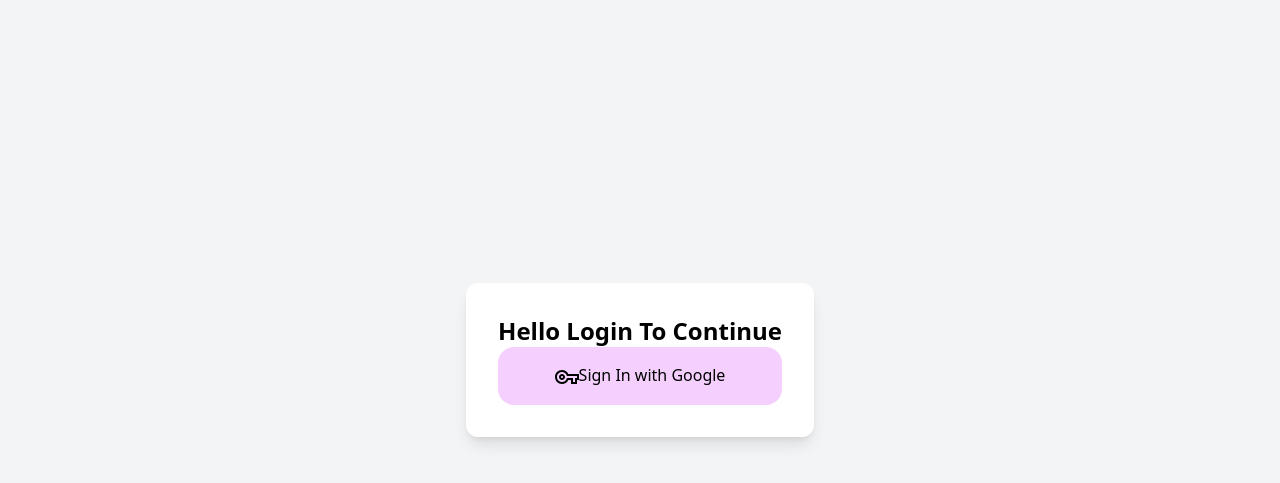
Repository: theanmol-raj/GoogleKeepCloneTutorial
Page: /
The author's editor kept a copy of each file at every save. The page is drawn from the files as they stood at one save, then again after the next save.
The browser window is 1280 px wide. The pictures show the whole page.
The project was rebuilt for these pictures with package versions that can differ from the ones it lists, and the page was loaded fresh each time. Also part of the build but not shown: src/Components/Navbar.jsx, src/Screens/Homescreen.jsx.

Above is the page before, as saved 2022-08-31 15:41:29.

### public/index.html
<!DOCTYPE html>
<html lang="en">
  <head>
    <meta charset="utf-8" />
    <link rel="icon" href="%PUBLIC_URL%/favicon.ico" />
    <meta name="viewport" content="width=device-width, initial-scale=1" />
    <meta name="theme-color" content="#000000" />
    <meta
      name="description"
      content="Web site created using create-react-app"
    />
    <link rel="apple-touch-icon" href="%PUBLIC_URL%/logo192.png" />
    <!--
      manifest.json provides metadata used when your web app is installed on a
      user's mobile device or desktop. See https://developers.google.com/web/fundamentals/web-app-manifest/
    -->

    <!--
      Notice the use of %PUBLIC_URL% in the tags above.
      It will be replaced with the URL of the `public` folder during the build.
      Only files inside the `public` folder can be referenced from the HTML.

      Unlike "/favicon.ico" or "favicon.ico", "%PUBLIC_URL%/favicon.ico" will
      work correctly both with client-side routing and a non-root public URL.
      Learn how to configure a non-root public URL by running `npm run build`.
    -->
    <title>Google Keep Clone</title>
  </head>
  <body>
    <noscript>You need to enable JavaScript to run this app.</noscript>
    <div id="root"></div>
    <!--
      This HTML file is a template.
      If you open it directly in the browser, you will see an empty page.

      You can add webfonts, meta tags, or analytics to this file.
      The build step will place the bundled scripts into the <body> tag.

      To begin the development, run `npm start` or `yarn start`.
      To create a production bundle, use `npm run build` or `yarn build`.
    -->
  </body>
</html>

### src/index.js
import React from 'react';
import ReactDOM from 'react-dom/client';
import './index.css';
import App from './App';
import { BrowserRouter } from "react-router-dom";

const root = ReactDOM.createRoot(document.getElementById('root'));
root.render(
  <React.StrictMode>
    <BrowserRouter>
      <App />
    </BrowserRouter>
  </React.StrictMode>
);

### src/App.js
import Homescreen from "./Screens/Homescreen";
import { Routes, Route, Link } from "react-router-dom";
import { useState } from "react";
import { getAuth, signInWithPopup ,GoogleAuthProvider ,signOut } from "firebase/auth";
import app from './Firebase';
import LoginScreen from "./Screens/LoginScreen";


function App() {
  const auth = getAuth(app);
  const provider = new GoogleAuthProvider();
  const [user , Setuser] = useState(() => auth.currentUser);

  function SignIn(){
    signInWithPopup(auth, provider)
  .then((result) => {
    const u = result.user;
    Setuser(u);
  }).catch((error) => {
    console.log("error");
    Setuser(null);
  });
  }


  function SignOut(){
    signOut(auth).then(() => {
      Setuser(null);
    }).catch((error) => {
      // An error happened.
    });
  }

  return (
    <div className="App">
      <Routes>
        <Route path="/" element={user ? <Homescreen SO={SignOut} /> : <LoginScreen />} />
        <Route path="about" element={<h1>Hello About</h1>} />
      </Routes>

    </div>
  );
}

export default App;

### src/Firebase.js
// Import the functions you need from the SDKs you need
import { initializeApp } from "firebase/app";
// TODO: Add SDKs for Firebase products that you want to use
// https://firebase.google.com/docs/web/setup#available-libraries

// Your web app's Firebase configuration
const firebaseConfig = {
  apiKey: "AIzaSyB8YQJpBa67Fj90Uu-OgRLf18L3vLaKO0A",
  authDomain: "gogglekeep-27095.firebaseapp.com",
  projectId: "gogglekeep-27095",
  storageBucket: "gogglekeep-27095.appspot.com",
  messagingSenderId: "943781726856",
  appId: "1:943781726856:web:64849a8acbc84ad18bed3d"
};

// Initialize Firebase
const app = initializeApp(firebaseConfig);
export default app;

### src/Screens/LoginScreen.jsx
import React from 'react'
import VpnKeyOutlinedIcon from '@mui/icons-material/VpnKeyOutlined';

function LoginScreen() {
  return (
    <div className=' h-screen  w-screen flex justify-center items-center bg-gray-100'>
        <div className=' bg-white p-8 border- rounded-xl shadow-lg'>
            <h1 className=' text-2xl font-bold text-center'>Hello Login To Continue</h1>
            <button className=' w-full bg-fuchsia-200 rounded-2xl hover:bg-fuchsia-200 p-4 '> <VpnKeyOutlinedIcon />Sign In with Google</button>
        </div>

    </div>
  )
}

export default LoginScreen

### src/Components/Sidebar.jsx
import React from 'react'
import LightbulbOutlinedIcon from '@mui/icons-material/LightbulbOutlined';
import NotificationsActiveOutlinedIcon from '@mui/icons-material/NotificationsActiveOutlined';
import BookmarkBorderOutlinedIcon from '@mui/icons-material/BookmarkBorderOutlined';
import CreateOutlinedIcon from '@mui/icons-material/CreateOutlined';
import SaveAltOutlinedIcon from '@mui/icons-material/SaveAltOutlined';
import DeleteOutlineOutlinedIcon from '@mui/icons-material/DeleteOutlineOutlined';

const array = [{text: "Notes" , icon : <LightbulbOutlinedIcon />},
{text: "Remainder" , icon : <NotificationsActiveOutlinedIcon />},{text: "ddgd" , icon : <BookmarkBorderOutlinedIcon />},{text: "Edit Label" , icon : <CreateOutlinedIcon />},{text: "Archive" , icon : <SaveAltOutlinedIcon />},{text: "Bin" , icon : <DeleteOutlineOutlinedIcon />}]




function Sidebar(props) {
  return (
    <div className={` ${props.sidebar? ' md:w-72' : ' w-0'} pt-20 flex shadow-2xl flex-col items-start  h-full transform transition-width duration-500 ease-out  font-semibold `}>
        {array.map((item ,index) => <div  className=' hover:bg-yellow-200 w-full rounded-3xl'><button className='py-4 px-5 hover:bg-yellow-200 rounded-full'>{item.icon} {props.sidebar && item.text }</button></div>)}

    </div>
  )
}

export default Sidebar

Loaded but not shown: src/index.css (common file); tailwind.config.js (common file)

After the next save:
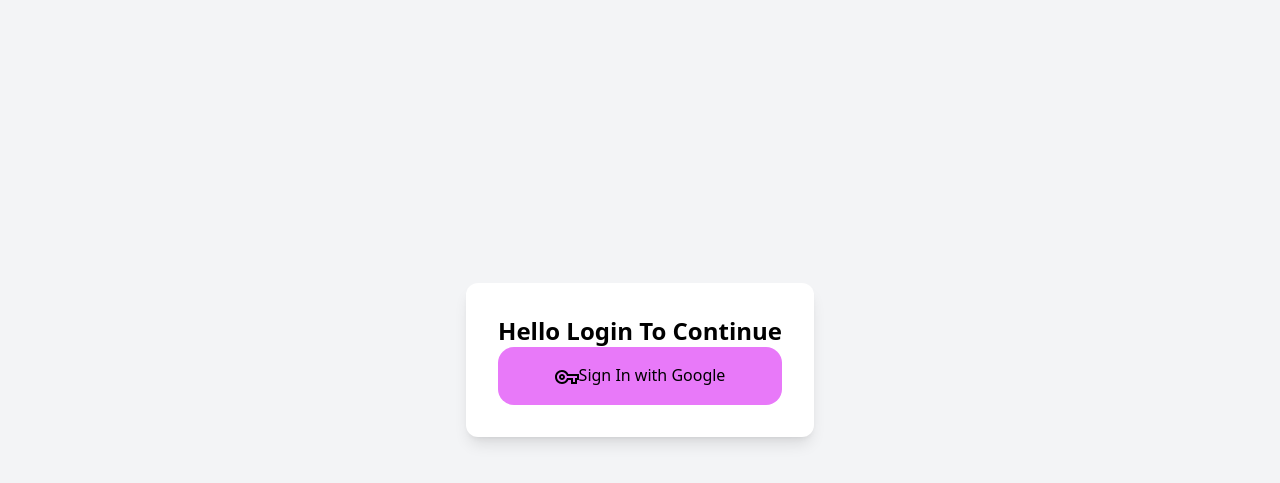
Saved 7 s later.
--- a/src/Screens/LoginScreen.jsx
+++ b/src/Screens/LoginScreen.jsx
@@ -6,7 +6,7 @@
     <div className=' h-screen  w-screen flex justify-center items-center bg-gray-100'>
         <div className=' bg-white p-8 border- rounded-xl shadow-lg'>
             <h1 className=' text-2xl font-bold text-center'>Hello Login To Continue</h1>
-            <button className=' w-full bg-fuchsia-200 rounded-2xl hover:bg-fuchsia-200 p-4 '> <VpnKeyOutlinedIcon />Sign In with Google</button>
+            <button className=' w-full bg-fuchsia-400 rounded-2xl hover:bg-fuchsia-200 p-4 '> <VpnKeyOutlinedIcon />Sign In with Google</button>
         </div>
 
     </div>
